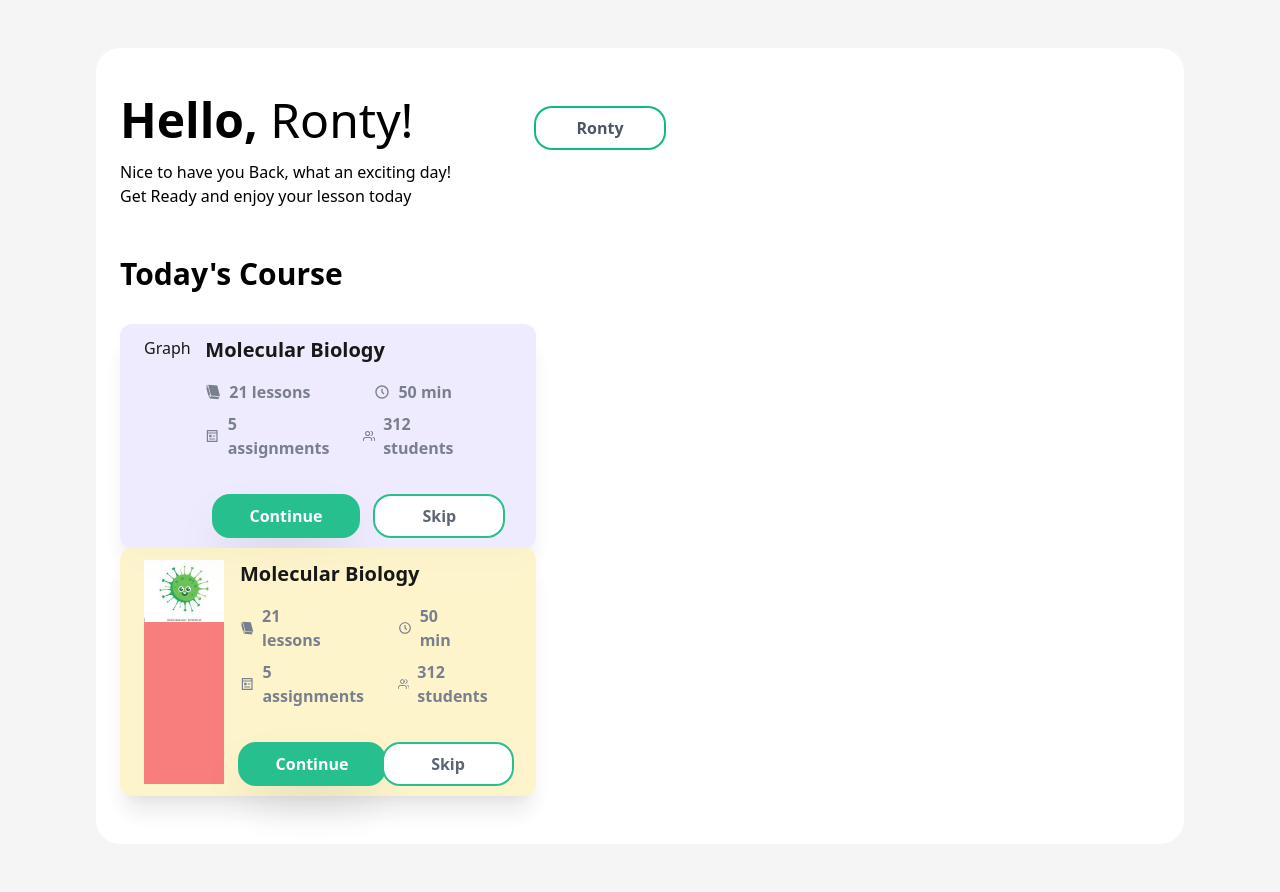
Repository: coolronts/Vite-Tailwind
Page: /
An editor plug-in stored every save of this project. The page is shown before and after the next save, followed by the edit.
The browser window is 1280 px wide. The pictures show the whole page.
The project was rebuilt for these pictures with package versions that can differ from the ones it lists, and the page was loaded fresh each time. Also part of the build but not shown: vite.config.js.

Above is the page before, as saved 2021-11-26 13:50:22.

After the next save:
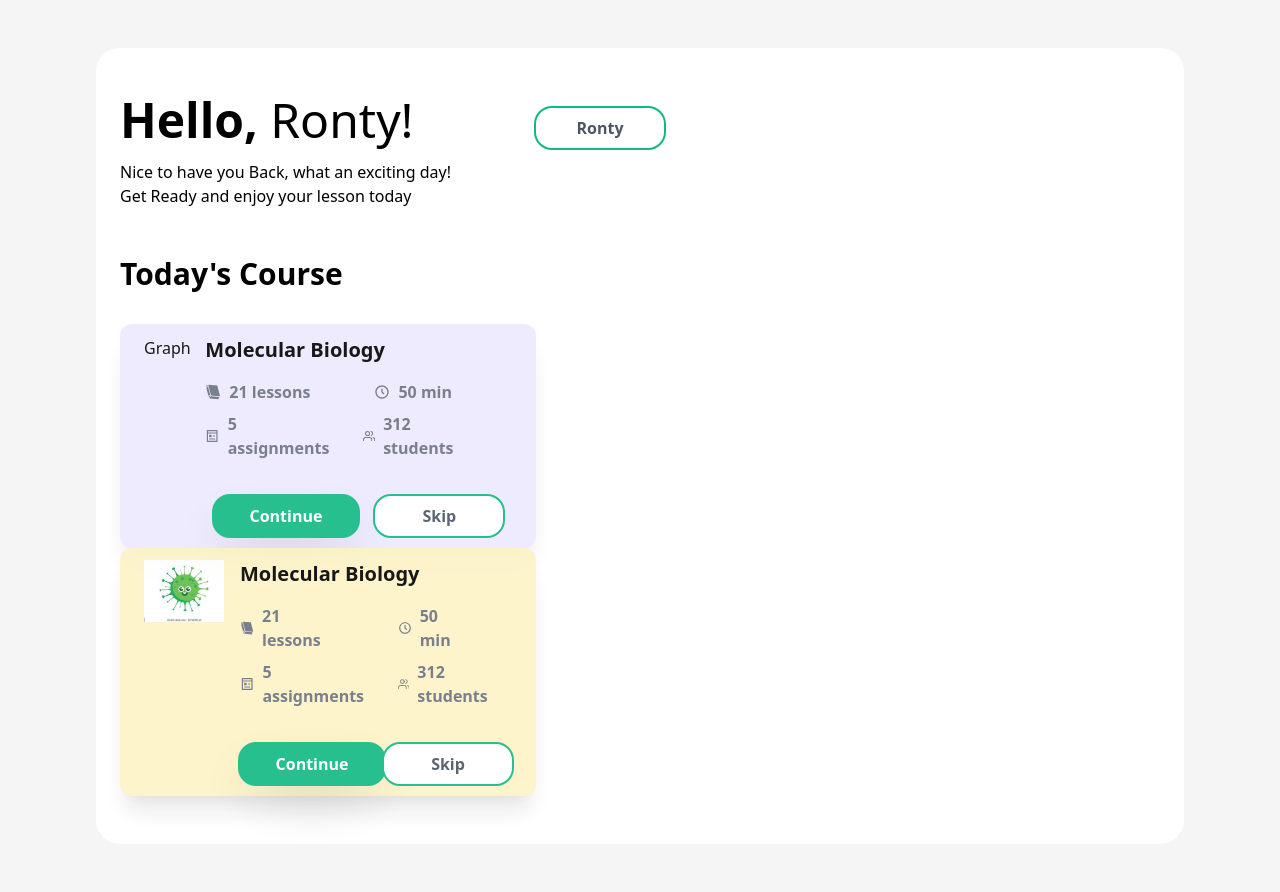
Saved 11 s later.
--- a/src/Section/Class/index.jsx
+++ b/src/Section/Class/index.jsx
@@ -15,7 +15,7 @@ export default function Class({
   students = "312"
 }) {
   return (
-    <SplitScreen leftWeight = 'w-1/3 mr-4 bg-red-400' rightWeight = 'w-full'>
+    <SplitScreen leftWeight = 'w-1/3 mr-4' rightWeight = 'w-full'>
       <div id="left" className="flex items-center">
         <img className="" src="data:[embedded picture, 7543 characters]" alt=""/>
       </div>
